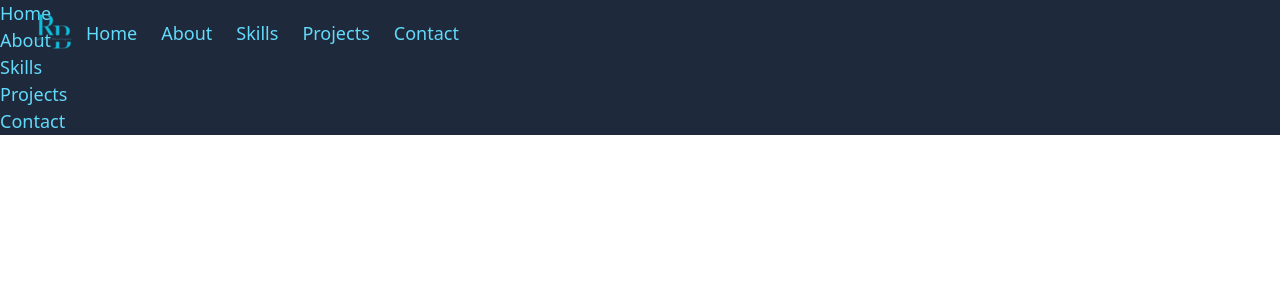
Repository: RawanBarakat-hub/portfolio
Page: /
An editor plug-in stored every save of this project. The page is shown before and after the next save, followed by the edit.
The browser window is 1280 px wide. The pictures show the whole page.
The project was rebuilt for these pictures with package versions that can differ from the ones it lists, and the page was loaded fresh each time. Also part of the build but not shown: vite.config.ts.

Above is the page before, as saved 2026-02-19 03:02:06.

### index.html
<!doctype html>
<html lang="en">
  <head>
    <meta charset="UTF-8" />
    <link rel="icon" type="image/svg+xml" href="/assets/images/photos/logo.png" />
    <meta name="viewport" content="width=device-width, initial-scale=1.0" />
    <title>Rawan's portfolio</title>
  </head>
  <body>
    <div id="root"></div>
    <script type="module" src="/src/main.tsx"></script>
  </body>
</html>

### src/index.css
@import "tailwindcss";
@theme{
    --color-primary-color: #61DAFB;
    --color-background-color: #1e293bff;
}

### src/App.tsx
import NavBar from "./components/NavBar"
import { nav_links } from "./data/data"
import "./index.css"
function App() {

  return (
    <div className="bg-background-color">
      <NavBar logo={{source:"/assets/images/photos/logo.png",alternative:"Logo"}}
      nav_links={nav_links}
      bar_icon={{source:"/assets/images/icons/bars.svg",alternative:"bars"}}
      cancel_icon={{source:"/assets/images/icons/cancel.svg",alternative:"bars"}}
      />
    </div>
  )
}

export default App

### src/components/NavBar.tsx
import { NavLink } from "react-router-dom"
import type { NavProps } from "../interfaces"
import { useState } from "react"

const NavBar = ({logo,nav_links,bar_icon,cancel_icon}:NavProps) => {
    const [show,setShow]=useState<boolean>(false)
    return (
        <div>
            <nav className="flex justify-between items-center pl-5 pr-9 fixed top-0
            w-[calc(100%-)]">
                <div className="">
                    <img className="" src={logo.source} alt={logo.alternative} />
                </div>
                <div className="hidden lg:block">
                    <ul className="flex gap-6">
                        {nav_links?.map((link,index)=>{
                            return <li key={index}>
                                <NavLink className="text-primary-color text-[18px] font-medium"
                                to={link?.url}>{link?.text}</NavLink>
                            </li>
                        })}
                    </ul>
                </div>
                <button onClick={()=>setShow(!show)}
                className="block lg:hidden"><img src={bar_icon.source} alt={bar_icon.alternative} /></button>
            </nav>
            <div className={`${show&&"block"}`}>
                <ul className="">
                        {nav_links?.map((link,index)=>{
                            return <li key={index}>
                                <NavLink className="text-primary-color text-[18px] font-medium"
                                to={link?.url}>{link?.text}</NavLink>
                            </li>
                        })}
                    </ul>
            </div>
        </div>
    )
}

export default NavBar

### src/data/data.ts
export const nav_links=[
        {
        url:"/",
        text:"Home"
        },
        {
        url:"/",
        text:"About"
        },
        {
        url:"/",
        text:"Skills"
        },
        {
        url:"/",
        text:"Projects"
        },
        {
        url:"/",
        text:"Contact"
        }
    ]

Loaded but not shown: src/main.tsx (common file)

After the next save:
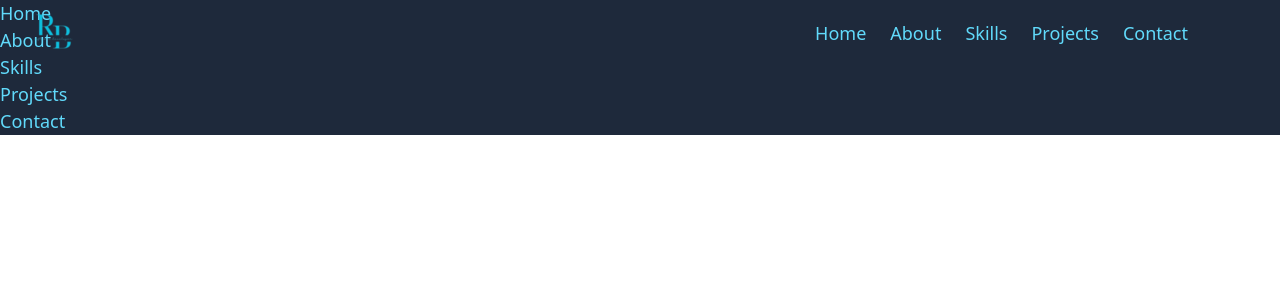
Saved 15 s later.
--- a/src/components/NavBar.tsx
+++ b/src/components/NavBar.tsx
@@ -7,7 +7,7 @@
     return (
         <div>
             <nav className="flex justify-between items-center pl-5 pr-9 fixed top-0
-            w-[calc(100%-)]">
+            w-[calc(100%-56px)]">
                 <div className="">
                     <img className="" src={logo.source} alt={logo.alternative} />
                 </div>
